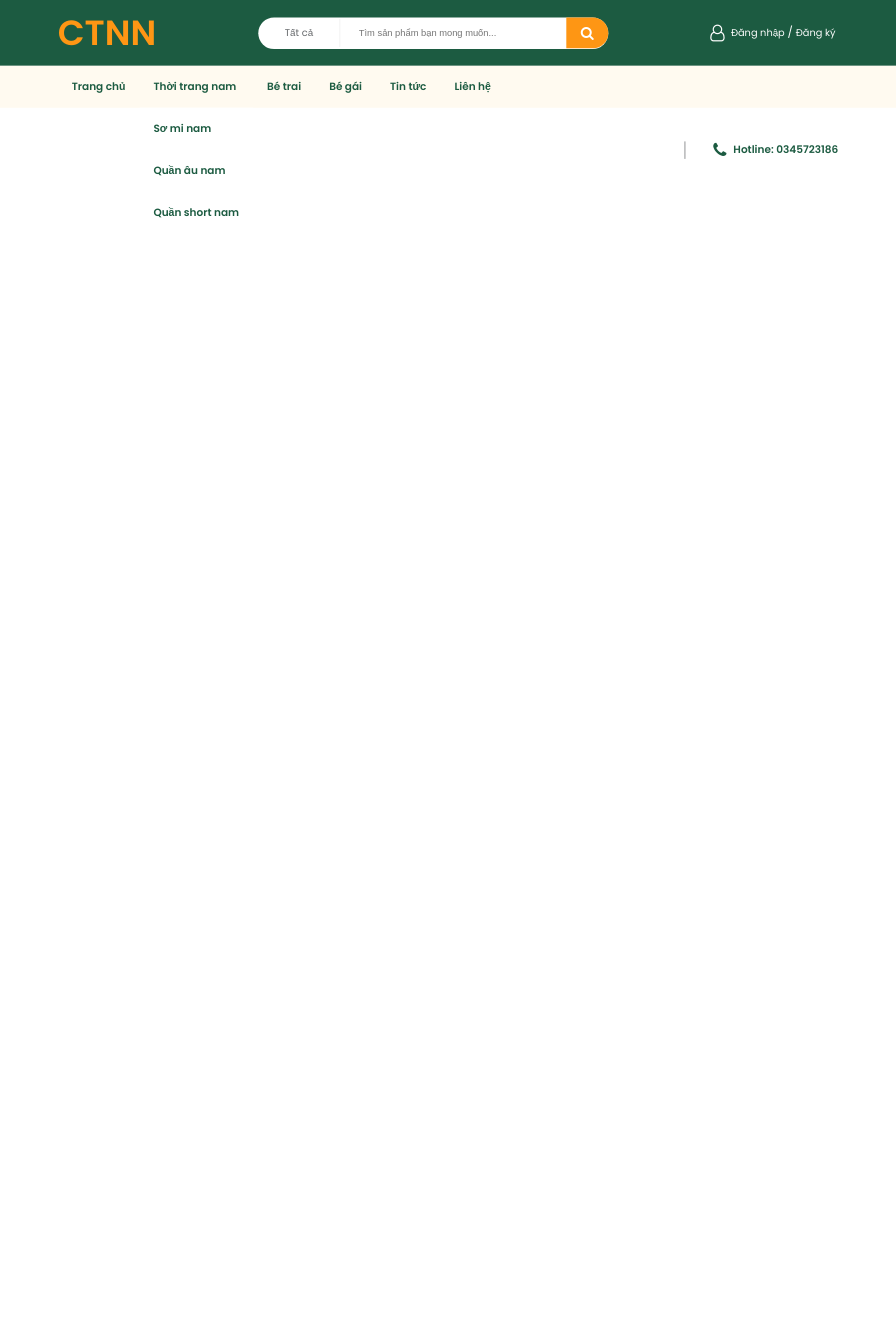
Repository: cuongchua2k2/BaiTapLon-web
Page: index.html
The author's editor kept a copy of each file at every save. The page is drawn from the files as they stood at one save, then again after the next save.
The browser window is 1280 px wide. The pictures show the part of the page from y = 0 to 1920 px (the page is 5000 px tall), at 70% of full size.

Above is the page before, as saved 2023-12-06 16:35:13.

### index.html
<!DOCTYPE html>
<html lang="en">
  <head>
    <meta charset="UTF-8" />
    <meta name="viewport" content="width=device-width, initial-scale=1.0" />
    <!-- reset css -->
    <link rel="stylesheet" href="./assets/css/reset.css" />
    <!-- style css -->
    <link rel="stylesheet" href="./assets/css/style.css" />
    <!-- icon -->
    <link
      rel="stylesheet"
      href="https://cdnjs.cloudflare.com/ajax/libs/font-awesome/4.7.0/css/font-awesome.min.css"
    />
    <!-- font  -->
    <link rel="stylesheet" href="./assets/font/stylesheet.css" />
    <title>Bài tập lớn - shop bán quần áo</title>
  </head>
  <body>
    <!-- header -->
    <header>
      <div id="header">
        <div class="content">
          <!-- header-nav -->
          <div class="nav">
            <div class="nav__logo">
              <a href="/"><span class="logo__content">CTNN</span></a>
            </div>
            <!-- search -->
            <div class="nav__search">
              <p class="nav__desc">Tất cả</p>
              <input
                type="text"
                class="nav__txtsearch"
                placeholder="Tìm sản phẩm bạn mong muốn..."
              />
              <button class="nav__btn--search">
                <i class="fa fa-search" style="font-size: 20px"></i>
              </button>
            </div>
            <!-- login -->
            <div class="login">
              <i
                class="fa fa-user-o"
                style="font-size: 24px; color: #fff; margin-right: 5px"
              ></i>
              <a href="#!" class="btn btn-login">Đăng nhập</a>
              <span style="color: #fff">/</span>
              <a href="#!" class="btn btn-create">Đăng ký</a>
            </div>
          </div>
        </div>
      </div>
      <!-- navbar -->
      <div class="navbar">
        <div class="content navbar__content">
          <ul class="navbar__lv1">
            <li>
              <a href="#!" class="active lv1__item">Trang chủ</a>
            </li>
            <li class="lv2">
              <a href="#!" class="lv1__item">Thời trang nam</a>
              <ul class="navbar__lv2">
                <li>
                  <a href="" class="lv1__item">Sơ mi nam</a>
                </li>
                <li>
                  <a href="" class="lv1__item">Quần âu nam</a>
                </li>
                <li>
                  <a href="" class="lv1__item">Quần short nam</a>
                </li>
              </ul>
            </li>
            <li>
              <a href="#!" class="lv1__item">Bé trai</a>
            </li>
            <li>
              <a href="#!" class="lv1__item">Bé gái</a>
            </li>
            <li>
              <a href="#!" class="lv1__item">Tin tức</a>
            </li>
            <li>
              <a href="#!" class="lv1__item">Liên hệ</a>
            </li>
          </ul>
          <div class="horizontal"></div>
          <a href="tel:0345723186" class="hotline">
            <i class="fa fa-phone" style="font-size: 24px; color: #1c5b41"></i>
            <span class="hotline__desc">Hotline: 0345723186</span>
          </a>
        </div>
      </div>
    </header>
    <!-- main -->
    <main></main>
    <!-- footer -->
    <footer></footer>
  </body>
</html>

### assets/css/style.css
:root {
  --primary-color: #fe9614;
}

* {
  box-sizing: border-box;
}

html {
  font-size: 62.5%;
}

body {
  font-family: "Poppins", sans-serif;
  font-size: 1.6rem;
  height: 5000px;
}

/* =====================common ======================*/

a {
  text-decoration: none;
}

.content {
  width: 1115px;
  margin: 0px auto;
}

.btn {
  text-decoration: none;
  color: #fff;
  font-size: 1.4rem;
  font-weight: 400;
}

.btn:hover {
  opacity: 0.7;
  color: var(--primary-color);
}

/* =====================header========================= */

/* =========== header nav===============*/

#header {
  padding: 22px 0;
  background-color: #1c5b41;
}

.nav {
  display: flex;
  justify-content: space-between;
  align-items: center;
}

.logo__content {
  font-size: 5rem;
  font-weight: 600;
  color: var(--primary-color);
}

.nav__search {
  height: 45px;
  width: 500px;
  padding: 4px 0;
  display: flex;
  justify-content: space-between;
  align-items: center;
  background-color: #fff;
  border-radius: 999px;
}

.nav__desc {
  opacity: 0.7;
  padding: 13px 38px;
  font-size: 1.4rem;
  color: #212529;
  font-weight: 400;
  border-right: 1px solid #e5e5e5;
}

.nav__txtsearch {
  width: 300px;
  height: 40px;
  padding: 15px;
  border: none;
}

.nav__btn--search {
  cursor: pointer;
  height: 44px;
  width: 60px;
  border-radius: 0 40px 40px 0;
  color: #fff;
  background: var(--primary-color);
  border: var(--primary-color);
}

.nav__btn--search:hover {
  background-color: #fff;
  color: var(--primary-color);
}

.login {
  display: flex;
  align-items: center;
}

.btn-login,
.btn-create {
  padding: 8px 4px;
}

/* ===========navbar=============== */

.navbar {
  background-color: #fffaf0;
  height: 60px;
}

.navbar__content {
  display: flex;
  align-items: center;
  justify-content: space-between;
  line-height: 60px;
}

.horizontal {
  height: 25px;
  opacity: 0.7;
  width: 1px;
  background-color: #212529;
  margin-left: auto;
}

.navbar__lv1 {
  display: flex;
}

.lv1__item {
  padding: 15px 20px;
  font-weight: 600;
  font-size: 1.5rem;
  color: #1c5b41;
}

.lv1__item:hover {
  color: var(--primary-color);
}

.hotline {
  display: flex;
  align-items: center;
  margin-left: 40px;
}

.hotline__desc {
  margin-left: 10px;
  font-weight: 600;
  font-size: 1.5rem;
  color: #1c5b41;
}

.hotline__desc:hover {
  color: var(--primary-color);
}

.navbar__lv2 {
  background-color: #fff;
}

### assets/font/stylesheet.css
@font-face {
    font-family: 'Poppins';
    src: url('Poppins-Black.woff2') format('woff2'),
        url('Poppins-Black.woff') format('woff');
    font-weight: 900;
    font-style: normal;
    font-display: swap;
}

@font-face {
    font-family: 'Poppins';
    src: url('Poppins-Bold.woff2') format('woff2'),
        url('Poppins-Bold.woff') format('woff');
    font-weight: bold;
    font-style: normal;
    font-display: swap;
}

@font-face {
    font-family: 'Poppins';
    src: url('Poppins-BlackItalic.woff2') format('woff2'),
        url('Poppins-BlackItalic.woff') format('woff');
    font-weight: 900;
    font-style: italic;
    font-display: swap;
}

@font-face {
    font-family: 'Poppins';
    src: url('Poppins-BoldItalic.woff2') format('woff2'),
        url('Poppins-BoldItalic.woff') format('woff');
    font-weight: bold;
    font-style: italic;
    font-display: swap;
}

@font-face {
    font-family: 'Poppins';
    src: url('Poppins-ExtraLightItalic.woff2') format('woff2'),
        url('Poppins-ExtraLightItalic.woff') format('woff');
    font-weight: 200;
    font-style: italic;
    font-display: swap;
}

@font-face {
    font-family: 'Poppins';
    src: url('Poppins-ExtraBoldItalic.woff2') format('woff2'),
        url('Poppins-ExtraBoldItalic.woff') format('woff');
    font-weight: bold;
    font-style: italic;
    font-display: swap;
}

@font-face {
    font-family: 'Poppins';
    src: url('Poppins-ExtraBold.woff2') format('woff2'),
        url('Poppins-ExtraBold.woff') format('woff');
    font-weight: bold;
    font-style: normal;
    font-display: swap;
}

@font-face {
    font-family: 'Poppins';
    src: url('Poppins-Italic.woff2') format('woff2'),
        url('Poppins-Italic.woff') format('woff');
    font-weight: normal;
    font-style: italic;
    font-display: swap;
}

@font-face {
    font-family: 'Poppins';
    src: url('Poppins-ExtraLight.woff2') format('woff2'),
        url('Poppins-ExtraLight.woff') format('woff');
    font-weight: 200;
    font-style: normal;
    font-display: swap;
}

@font-face {
    font-family: 'Poppins';
    src: url('Poppins-Regular.woff2') format('woff2'),
        url('Poppins-Regular.woff') format('woff');
    font-weight: normal;
    font-style: normal;
    font-display: swap;
}

@font-face {
    font-family: 'Poppins';
    src: url('Poppins-LightItalic.woff2') format('woff2'),
        url('Poppins-LightItalic.woff') format('woff');
    font-weight: 300;
    font-style: italic;
    font-display: swap;
}

@font-face {
    font-family: 'Poppins';
    src: url('Poppins-SemiBold.woff2') format('woff2'),
        url('Poppins-SemiBold.woff') format('woff');
    font-weight: 600;
    font-style: normal;
    font-display: swap;
}

@font-face {
    font-family: 'Poppins';
    src: url('Poppins-Light.woff2') format('woff2'),
        url('Poppins-Light.woff') format('woff');
    font-weight: 300;
    font-style: normal;
    font-display: swap;
}

@font-face {
    font-family: 'Poppins';
    src: url('Poppins-Medium.woff2') format('woff2'),
        url('Poppins-Medium.woff') format('woff');
    font-weight: 500;
    font-style: normal;
    font-display: swap;
}

@font-face {
    font-family: 'Poppins';
    src: url('Poppins-MediumItalic.woff2') format('woff2'),
        url('Poppins-MediumItalic.woff') format('woff');
    font-weight: 500;
    font-style: italic;
    font-display: swap;
}

@font-face {
    font-family: 'Poppins';
    src: url('Poppins-Thin.woff2') format('woff2'),
        url('Poppins-Thin.woff') format('woff');
    font-weight: 100;
    font-style: normal;
    font-display: swap;
}

@font-face {
    font-family: 'Poppins';
    src: url('Poppins-ThinItalic.woff2') format('woff2'),
        url('Poppins-ThinItalic.woff') format('woff');
    font-weight: 100;
    font-style: italic;
    font-display: swap;
}

@font-face {
    font-family: 'Poppins';
    src: url('Poppins-SemiBoldItalic.woff2') format('woff2'),
        url('Poppins-SemiBoldItalic.woff') format('woff');
    font-weight: 600;
    font-style: italic;
    font-display: swap;
}

Loaded but not shown: assets/css/reset.css (common file)

After the next save:
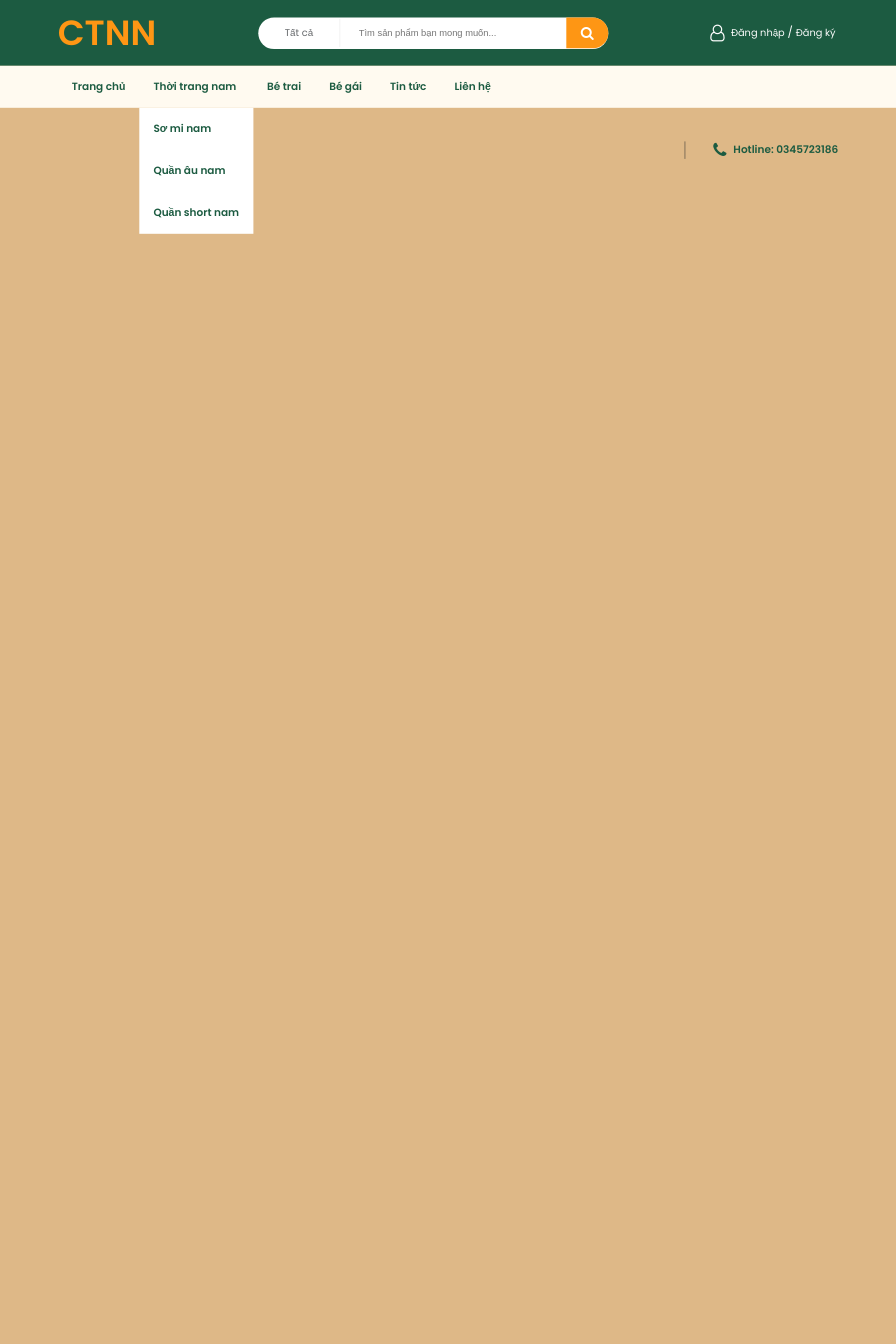
Saved 41 s later.
--- a/assets/css/style.css
+++ b/assets/css/style.css
@@ -14,6 +14,7 @@ body {
   font-family: "Poppins", sans-serif;
   font-size: 1.6rem;
   height: 5000px;
+  background-color: burlywood;
 }
 
 /* =====================common ======================*/
